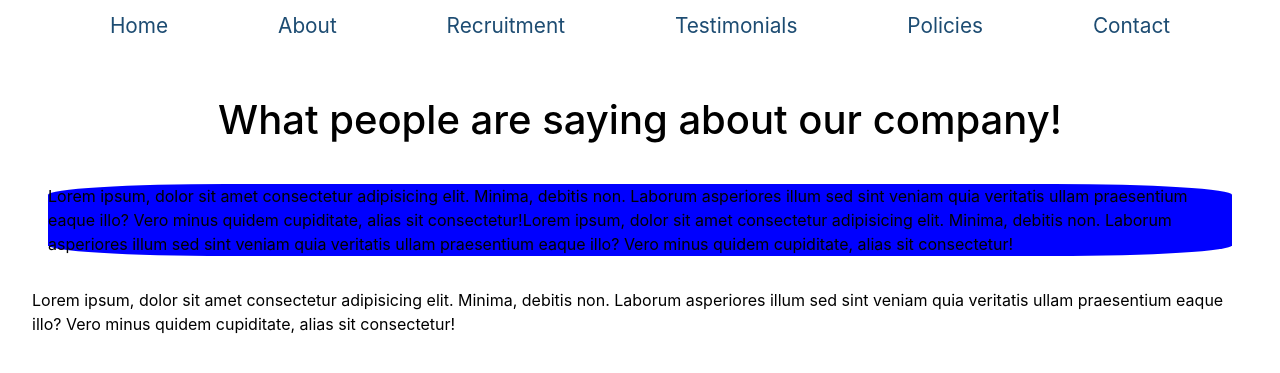
Repository: cerebrium/website
Page: /testimonials
These files come from the project's save history. The page is drawn as it stood at one moment and after the next save; the edit follows.
The browser window is 1280 px wide. The pictures show the whole page.
The project was rebuilt for these pictures with package versions that can differ from the ones it lists, and the page was loaded fresh each time. Also part of the build but not shown: src/Routes/About.jsx, src/Routes/Recruitment.jsx, src/Routes/Policies.jsx, src/Routes/Home.jsx, src/Routes/Contact.jsx.

Above is the page before, as saved 2019-11-02 13:50:00.

### src/App.jsx
import React from 'react';
import './styles/App.css'
import {
  BrowserRouter as Router,
  Route,
  Link
} from 'react-router-dom';
import About from './Routes/About'
import Recruitment from './Routes/Recruitment'
import Testimonials from './Routes/Testimonials'
import Policies from './Routes/Policies'
import Home from './Routes/Home'
import Contact from './Routes/Contact'

class App extends React.Component {
  render () {
    return (
      <Router>
        <div className='mainContainer'>
          <div className='navContainer'>
            <div><Link to='/' className='nav'>Home</Link></div><div><Link to='/about' className='nav'>About</Link></div><div><Link to='/recruitment' className='nav'>Recruitment</Link></div><div><Link to='/testimonials' className='nav'>Testimonials</Link></div><div><Link to='/policies' className='nav'>Policies</Link></div><div><Link to='/contact'className='nav'>Contact</Link></div>
          </div>
          <Route exact path='/' component={Home}/>
          <Route exact path='/about' component={About}/>
          <Route exact path='/recruitment' component={Recruitment}/>
          <Route exact path='/testimonials' component={Testimonials}/>
          <Route exact path='/policies' component={Policies}/>
          <Route exact path='/contact' component={Contact}/>
        </div>
      </Router>
    )
  }
}

export default App;

### src/styles/App.css

/***************************** MAIN APP STYLING ******************************/

.App {
  text-align: center;
}

.mainContainer {
  min-width: 100vw;
}

.navContainer {
  z-index: 1;
  display: flex;
  flex-flow: row;
  align-items: center;
  justify-content: space-evenly;
  position: fixed; /* Make it stick, even on scroll */
  width: 100%;
  margin: 0;
  padding: 0;
  height: 7%;
  background: white;
}

.nav {
  text-decoration: none;
  color: rgb(29, 76, 114);
  font-size: 1.3em;
}

/***************************** HOME APP STYLING ******************************/
.rowCentering {
  display: flex;
  justify-content: center;
  width: 100%;
  height: 100%;
}

.contentCentering {
  display: flex;
  align-items: flex-start;
  flex-flow: column;
  border: 5em;
  padding: 2em;
  /* margin: 5em; */
  width: 100%;
}

.contentBackground {
  height: 50vh;
  text-align: center;
  position: relative;
  width: 100%;
  background-image: url('./slideTwo.jpg');
  background-size: auto;
  margin: 2em 0em;
}

.pictureBackground {
  height: 50vh;
  text-align: center;
  position: relative;
  width: 100%;
  background-image: url('./slideOne.jpg');
  background-size: cover;
  margin: 4em 0em;
}

.bottomContent {
  color: black;
}

p{
  color: black;
}

textarea{
  position: relative;
  text-align: center;
  width: 95vw;
}

h1 {
  color: black;
  position: relative;
  text-align: center;
  width: 100%;
}

/***************************** testimonials APP STYLING ******************************/

.contentStyle {
  margin: 4em 0em;
}

.commentStyle {
  margin: 2em 1em;
  background: blue;
  border-radius: 15%;
}

### src/Routes/Testimonials.jsx
import React from 'react';

class Testimonials extends React.Component {
    render () {
        return (
            <div className='mainContainer'>
                <div className='rowCentering'>
                    <div className='contentCentering contentStyle'>
                        <h1>What people are saying about our company!</h1>
                        <p className='commentStyle'>Lorem ipsum, dolor sit amet consectetur adipisicing elit. Minima, debitis non. Laborum asperiores illum sed sint veniam quia veritatis ullam praesentium eaque illo? Vero minus quidem cupiditate, alias sit consectetur!Lorem ipsum, dolor sit amet consectetur adipisicing elit. Minima, debitis non. Laborum asperiores illum sed sint veniam quia veritatis ullam praesentium eaque illo? Vero minus quidem cupiditate, alias sit consectetur!</p>
                        <p>Lorem ipsum, dolor sit amet consectetur adipisicing elit. Minima, debitis non. Laborum asperiores illum sed sint veniam quia veritatis ullam praesentium eaque illo? Vero minus quidem cupiditate, alias sit consectetur!</p>
                    </div>
                </div>
            </div>
        )
    }
}

export default Testimonials;

Loaded but not shown: public/index.html (common file); src/index.js (common file); src/index.css (common file); src/serviceWorker.js (common file)

After the next save:
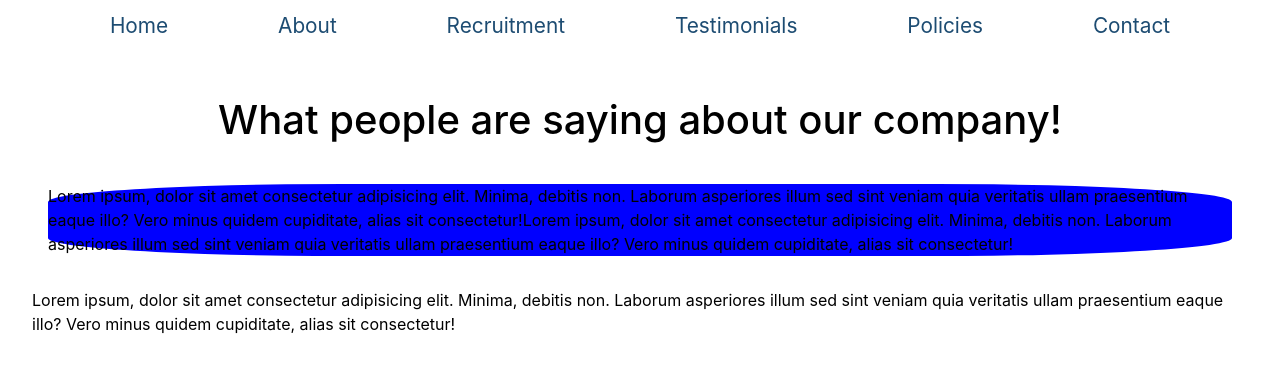
Saved 10 s later.
--- a/src/styles/App.css
+++ b/src/styles/App.css
@@ -97,5 +97,5 @@
 .commentStyle {
   margin: 2em 1em;
   background: blue;
-  border-radius: 15%;
+  border-radius: 25%;
 }
